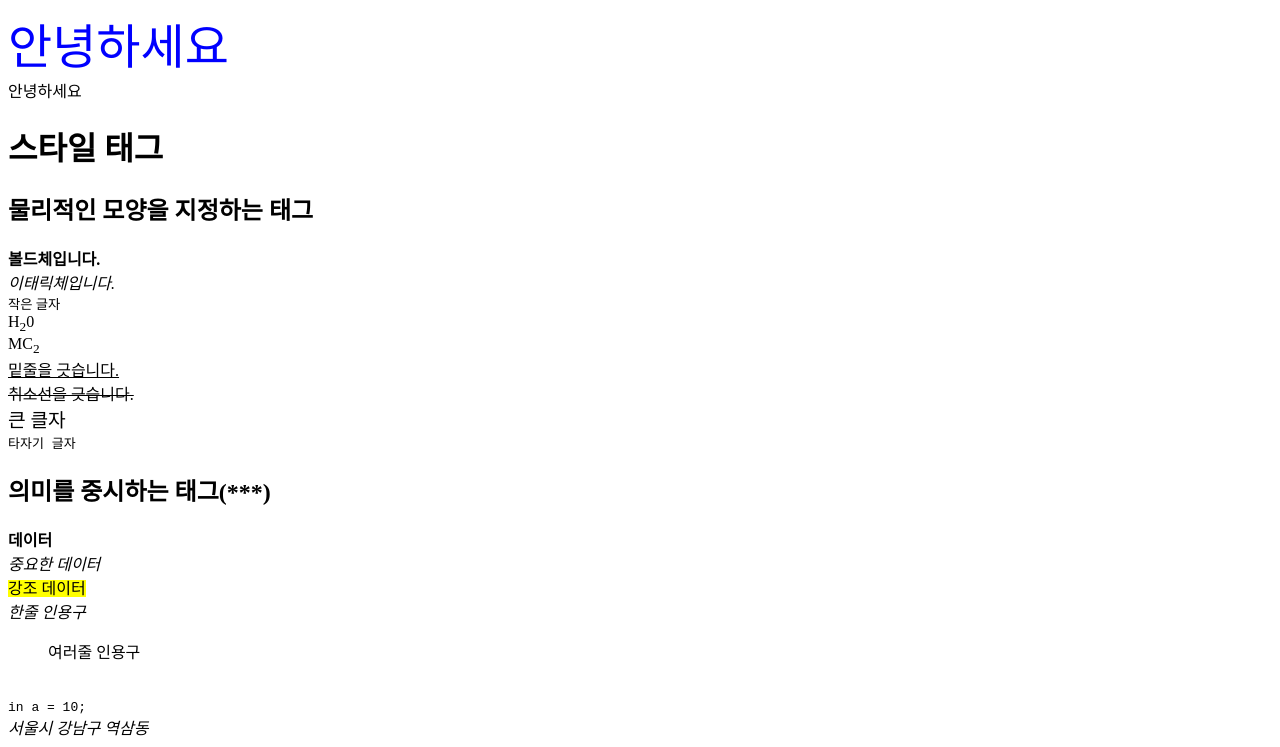
Repository: sinsujung/client
Page: ClientTest/src/main/webapp/html/ex09_style.html
An editor plug-in stored every save of this project. The page is shown before and after the next save, followed by the edit.
The browser window is 1280 px wide. The pictures show the whole page.

Above is the page before, as saved 2023-09-20 01:50:50.

After the next save:
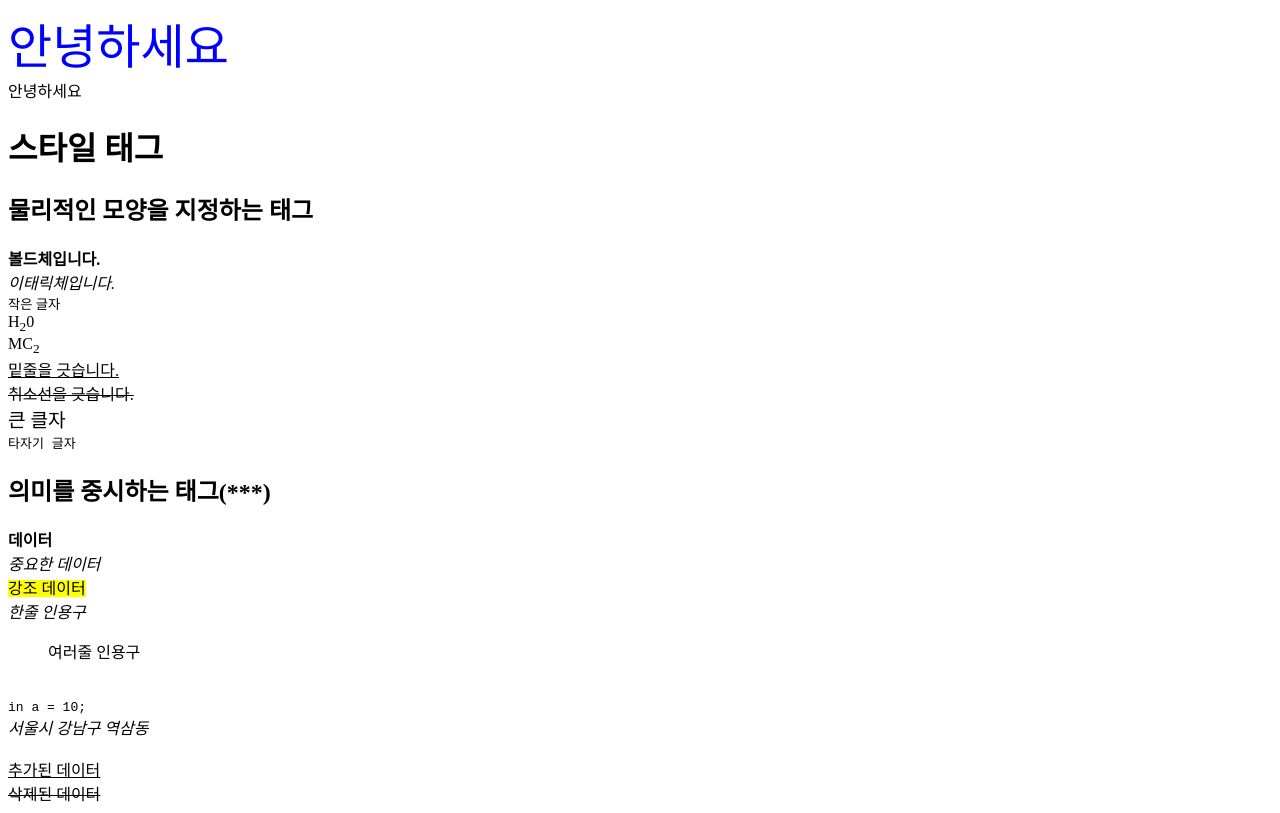
Saved 47 s later.
--- a/ClientTest/src/main/webapp/html/ex09_style.html
+++ b/ClientTest/src/main/webapp/html/ex09_style.html
@@ -42,8 +42,9 @@
  <cite>한줄 인용구</cite><br>
  <blockquote>여러줄 인용구</blockquote><br>
  <code>in a = 10;</code><br>
- <address>서울시 강남구 역삼동</address>
-
+ <address>서울시 강남구 역삼동</address><br>
+ <ins>추가된 데이터</ins><br>
+ <del>삭제된 데이터</del><br>
 
 
 </body>
